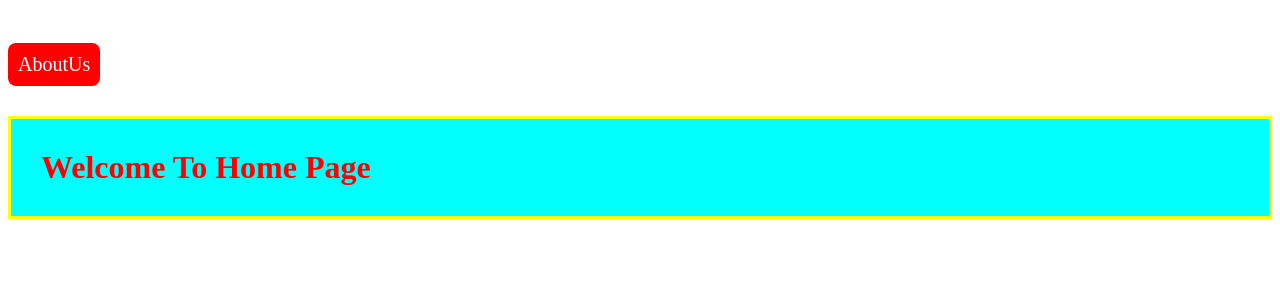
Repository: Raviteja6671/Django
Page: http://localhost/home/
The author's editor kept a copy of each file at every save. The page is drawn from the files as they stood at one save, then again after a run of saves.
The browser window is 1280 px wide. The pictures show the whole page.
The page is served by the project's application, run on Django 5.2 (myProject/manage.py). Other server files are loaded and not shown.

Above is the page before, as saved 2025-12-07 20:08:53.

### myProject/basic/templates/home.html
<!DOCTYPE html>
<html lang="en">
<head>
    <meta charset="UTF-8">
    <meta name="viewport" content="width=device-width, initial-scale=1.0">
    <title>Document</title>
    <style>
        h1{
            background-color: aqua;
            color: red;
            border: 3px solid yellow;
            /* display: inline-block; */
            margin-top: 35px;
            padding: 30px;
        }
        a{
            text-decoration: none;
            background-color: red;
            color: white;
            padding: 10px;
            font-size: 20px;
            display: inline-block;
            margin-top: 30px;
            border-radius: 8px;
            position: relative;
            top: 5px;
        }
    </style>

    <!-- createsuperuser:-
    username = Raviteja_Kodem
    Email = raviteja62@gmail.com
    password = R@vitej@62 -->

</head>
<body>
    <a href="./aboutus.html">AboutUs</a>
    <h1>Welcome To Home Page</h1>
</body>
</html>

### myProject/basic/middleware.py
from django.http import JsonResponse
import re
import json
import jwt
from django.conf import settings

class BasicMiddleware:
    def __init__(self,get_response):
        self.get_response = get_response

    def __call__(self,request):
        print(request,"hello")
        if(request.path=="/student/"):
            print(request.method,"method")
            print(request.path)
        response=self.get_response(request)
        return response

# class signupMiddleware:
#     def __init__(self,get_response):
#         self.get_response = get_response
#     def __call__(self, request):
#         data = json.loads(request.body)
#         username=data.get('username')
#         email=data.get("email")
#         dob=data.get("dob")
#         password=data.get("pswd")


class basicMiddleware:
    def __init__(self, get_response):
        self.get_response = get_response
        # Define the list of specific URLs to monitor
        self.target_urls = [
            "/add_stu/",
            "/students/",
            "/student/",
            "/health/",
        ]

    def __call__(self, request):
        path = request.path
        print(f"Incoming request → {path}")

        if path in self.target_urls or path.startswith("/student/"):
            print("Middleware is Active for this URL")
            print(f"Method Used → {request.method}")
            print(f"Full Path → {path}")

            # Exp1 Block POST requests for testing
            if path == "/add_stu/" and request.method == "POST":
                print("⚠️ POST request detected on /add_stu/")

            # Exp2 Print user-agent header
            user_agent = request.META.get("HTTP_USER_AGENT", "Unknown")
            print(f"User-Agent: {user_agent}")

        response = self.get_response(request)

        #Exp3 Post-response actions
        if path.startswith("/students/"):
            print("Response successfully returned for student_related URL")

        return response


# 17/11/2025 class task

class SscMiddleware:
    def __init__(self, get_response):
        self.get_response = get_response
    def __call__(self, request):
        if request.path in ["/job1/", "/job2/"]:
            ssc_result = request.GET.get("ssc", "False")
            if ssc_result != "True":
                return JsonResponse({"error": "you should qualify atleast SSC for applying this job"},status=400)
        return self.get_response(request)


class MedicalMiddleware:
    def __init__(self, get_response):
        self.get_response = get_response
    def __call__(self, request):
        if request.path == "/job1/":
            medical_fit_result = request.GET.get("medically_fit", "False")
            if medical_fit_result != "True":
                return JsonResponse(
                    {"error": "your not Medically fit to apply for this job role"},
                    status=400)
        return self.get_response(request)


class AgeMiddleware:
    def __init__(self, get_response):
        self.get_response = get_response
    def __call__(self, request):
        if request.path in ["/job1/", "/job2/"]:
            age = int(request.GET.get("age", 17))
            if age < 18 or age > 25:
                return JsonResponse(
                    {"error": "age must be in between 18 too 25"},
                    status=400)
        return self.get_response(request)





#18/11/2025 class task


class UsernameMiddleware:
    def __init__(self, get_response):
        self.get_response = get_response

    def __call__(self, request):
        if request.path == "/signup/" and request.method == "POST":
            # Read JSON only once
            if not hasattr(request, "json_data"):
                try:
                    request.json_data = json.loads(request.body)
                except:
                    return JsonResponse({"error": "Invalid JSON"}, status=400)
            data = request.json_data
            username = data.get("username", "")
            if not username:
                return JsonResponse({"error": "Username is Required"}, status=400)
            if len(username) < 3 or len(username) > 20:
                return JsonResponse({"error": "Username must be 3 to 20 characters"}, status=400)
            if username[0] in "._" or username[-1] in "._":
                return JsonResponse({"error": "Username cannot start or end with . or _"}, status=400)
            if not re.match(r"^[a-zA-Z0-9._]+$", username):
                return JsonResponse({"error": "Username can contain letters, numbers, . and _ only"}, status=400)
            if ".." in username or "__" in username:
                return JsonResponse({"error": "Username cannot have double dots or double underscores"}, status=400)
        return self.get_response(request)


class EmailMiddleware:
    def __init__(self, get_response):
        self.get_response = get_response

    def __call__(self, request):
        if request.path == "/signup/" and request.method == "POST":
            if not hasattr(request, "json_data"):
                try:
                    request.json_data = json.loads(request.body)
                except:
                    return JsonResponse({"error": "Invalid JSON"}, status=400)
            data = request.json_data
            email = data.get("email", "")
            email_regex = r"^[a-zA-Z0-9._%+-]+@[a-zA-Z0-9.-]+\.[a-zA-Z]{2,}$"
            if not email:
                return JsonResponse({"error": "Email is required"}, status=400)
            if not re.match(email_regex, email):
                return JsonResponse({"error": "Invalid Email format"}, status=400)
        return self.get_response(request)


class PasswordMiddleware:
    def __init__(self, get_response):
        self.get_response = get_response

    def __call__(self, request):
        if request.path == "/signup/" and request.method == "POST":
            if not hasattr(request, "json_data"):
                try:
                    request.json_data = json.loads(request.body)
                except:
                    return JsonResponse({"error": "Invalid JSON"}, status=400)
            data = request.json_data
            password = data.get("password", "")
            password_regex = r"^(?=.*[a-z])(?=.*[A-Z])(?=.*\d)(?=.*[@$!%*#?&._])[A-Za-z\d@$!%*#?&._]{8,}$"
            if not password:
                return JsonResponse({"error": "Password is required"}, status=400)
            if not re.match(password_regex, password):
                return JsonResponse({
                    "error": "Password must contain 8+ characters, uppercase, lowercase, digit, special char"
                }, status=400)
        return self.get_response(request)


class authenticate_middleware():
    def __init__(self,get_response):
        self.get_response  = get_response
    def __call__(self, request):
        if request.path=="/getallusers/":
            token=request.headers.get("Authorization")
            print(token,"token") # prints the bearer <token>
            if not token:
                return JsonResponse({"error":"Authorization token Missing"},status=400)
            token_value=token.split(" ")[1]
            print(token_value,"token_value") # prints ['bearer','<token>']
            try:
                decode_data = jwt.decode(token_value, settings.SECRET_KEY, algorithms=["HS256"])
                print(decode_data,"decoded_data")
                request.token_data = decode_data
            except jwt.ExpiredSignatureError:
                return JsonResponse({"Error":"Token has expired, Please login again"},status=401)
            except jwt.exceptions.InvalidSignatureError:
                return JsonResponse({"error":"invalid token signature"},status=401)

        return self.get_response(request)

### myProject/basic/views.py
from django.shortcuts import render
import json
from django.http import HttpResponse
from django.http import JsonResponse
from django.db import connection
from django.views.decorators.csrf import csrf_exempt
from basic.models import student
from basic.models import Users
from django.conf import settings
import jwt
from datetime import datetime,timedelta
from zoneinfo import ZoneInfo
from django.contrib.auth.hashers import make_password,check_password

# Create your views here.

def sample(request):
    return HttpResponse('hello world')

def sample1(request):
    return HttpResponse('WelCome to Django')

def sampleInfo(request):
    data={"name":"raviteja","age":"22","city":"hyd"}
    # data=[4,6,8]
    return JsonResponse(data)

def dynamicResponse(request):
    name=request.GET.get("name"," Raviteja")
    city=request.GET.get("city","Hyderabad")
    return HttpResponse(f"Hello {name} From {city} !")

def add(request):
    a = int(request.GET.get('a', 8))
    b = int(request.GET.get('b', 9))
    return HttpResponse(f"Addition: {a + b}")

def sub(request):
    a = int(request.GET.get('a', 12))
    b = int(request.GET.get('b', 5))
    return HttpResponse(f"Subtraction: {a - b}")

def mul(request):
    a = int(request.GET.get('a', 18))
    b = int(request.GET.get('b', 4))
    return HttpResponse(f"Multiplication: {a * b}")

def div(request):
    a = int(request.GET.get('a', 8))
    b = int(request.GET.get('b', 6))  # Avoid division by zero default
    try:
        result = a / b
    except ZeroDivisionError:
        return HttpResponse("Error: Division by zero")
    return HttpResponse(f"Division: {result}")

# Health check endpoint
def health(request):
    try:
        with connection.cursor() as c:
            c.execute("SELECT 1")
        return JsonResponse({"status": "ok", "db": "connected"})
    except Exception as e:
        return JsonResponse({"status": "error", "db": str(e)})



# POST - Create new student
@csrf_exempt
def add_student(request):
    print(request.method)
    if request.method == "POST":
        data = json.loads(request.body)
        email = data.get("email")
        # Check if email already exists
        if student.objects.filter(email=email).exists():
            return JsonResponse({"error": "Email already exists"}, status=400)
        # Create new student
        stu = student.objects.create(
            name=data.get("name"),
            age=data.get("age"),
            email=email
        )
        return JsonResponse({"status": "success", "id": stu.id}, status=201)

# GET - Retrieve all students
    elif request.method == "GET":
        result = list(student.objects.values())
        return JsonResponse({"status": "success", "data": result}, status=200)

# DELETE - Delete student by ID
    elif request.method == "DELETE":
        data = json.loads(request.body)
        ref_id = data.get("id")
        try:
            deleting_data = student.objects.filter(id=ref_id).values().first()
            if not deleting_data:
                return JsonResponse({"error": "Student not found"}, status=404)
            student.objects.get(id=ref_id).delete()
            return JsonResponse({
                "status": "deleted",
                "deleted_data": deleting_data
            }, status=200)
        except student.DoesNotExist:
            return JsonResponse({"error": "Student not found"}, status=404)

# PUT - Full update (update all fields)
    elif request.method == "PUT":
        data = json.loads(request.body)
        ref_id = data.get("id")
        try:
            stu = student.objects.get(id=ref_id)
        except student.DoesNotExist:
            return JsonResponse({'error': "Student not found"}, status=404)
        # Check if new email already exists
        new_email = data.get("email")
        if student.objects.filter(email=new_email).exclude(id=ref_id).exists():
            return JsonResponse({"error": "Email already exists"}, status=400)
        stu.name = data.get("name", stu.name)
        stu.age = data.get("age", stu.age)
        stu.email = data.get("email", stu.email)
        stu.save()
        updated_data = student.objects.filter(id=ref_id).values().first()
        return JsonResponse({"status": "full update success", "updated_data": updated_data}, status=200)

# PATCH - Partial update (only update specific fields)
    elif request.method == "PATCH":
        data = json.loads(request.body)
        ref_id = data.get("id")
        try:
            stu = student.objects.get(id=ref_id)
        except student.DoesNotExist:
            return JsonResponse({'error': "Student not found"}, status=404)
        # Update only fields provided in the request
        if "name" in data:
            stu.name = data["name"]
        if "age" in data:
            stu.age = data["age"]
        if "email" in data:
            new_email = data["email"]
            # Check if email already exists
            if student.objects.filter(email=new_email).exclude(id=ref_id).exists():
                return JsonResponse({"error": "Email already exists"}, status=400)
            stu.email = new_email
        stu.save()
        updated_data = student.objects.filter(id=ref_id).values().first()
        return JsonResponse({"status": "partial update success", "updated_data": updated_data}, status=200)

    return JsonResponse({'error': "Unsupported method"}, status=405)



# 11/11/2025 task operations

def get_all_students(request):
    students = student.objects.all()
    data = list(students.values())
    return JsonResponse(data, safe=False)

def get_student_by_id(request, id):
    try:
        s = student.objects.get(id=id)
        data = {'id': s.id, 'name': s.name, 'age': s.age, 'email': s.email}
        return JsonResponse(data)
    except student.DoesNotExist:
        return JsonResponse({'error': 'Student not found'}, status=404)

def filter_students_age_gte_20(request):
    students = student.objects.filter(age__gte=20)
    data = list(students.values())
    return JsonResponse(data, safe=False)

def filter_students_age_lte_25(request):
    students = student.objects.filter(age__lte=25)
    data = list(students.values())
    return JsonResponse(data, safe=False)

def get_unique_ages(request):
    ages = student.objects.values_list('age', flat=True).distinct()
    return JsonResponse(list(ages), safe=False)

def count_total_students(request):
    total = student.objects.count()
    return JsonResponse({'total_students': total})


def job1(request):
    return JsonResponse({"message":"You have successfully applied for job1"},status=200)

def job2(request):
    return JsonResponse({"Message":"you have successfully applied for job2"},status=200)



# 18/11/2025 class

@csrf_exempt               #POST OPERATION
def signUp(request):
    if request.method == "POST":
        data = request.json_data   # <-- use this

        username = data.get("username")
        email = data.get("email")
        password =make_password(data.get("password"))

        if not username or not email or not password:
            return JsonResponse({"Message": "All fields are required"}, status=400)

        user = Users.objects.create(
            username=username,
            email=email,
            password=password
        )

        return JsonResponse({"Message": "User Registered", "id": user.id}, status=200)

    return JsonResponse({"Message": "Invalid Request Method"}, status=405)


@csrf_exempt                              # GET OPERATION
def getUsers(request):
    if request.method == "GET":
        users = Users.objects.all()

        data = []
        for user in users:
            data.append({
                "id": user.id,
                "username": user.username,
                "email": user.email,
                "password": user.password   # If you want to hide password, tell me
            })

        return JsonResponse({"users": data}, status=200)

    return JsonResponse({"Message": "Invalid Request Method"}, status=405)



@csrf_exempt                            # DELETE OPERATION
def deleteUser(request, id):
    if request.method == "DELETE":
        try:
            user = Users.objects.get(id=id)
            user.delete()
            return JsonResponse({"Message": "User Deleted Successfully", "id": id}, status=200)
        except Users.DoesNotExist:
            return JsonResponse({"Message": "User Not Found"}, status=404)

    return JsonResponse({"Message": "Invalid Request Method"}, status=405)


# @csrf_exempt
# def login(request):
#     if request.method=="POST":
#         data=request.POST
#         print(data)
#         username=data.get('username')
#         password=data.get("password")
#         try:
#             user=Users.objects.get(username=username)
#             if check_password(password,user.password):
#                 token="a json web token"

#                 return JsonResponse({"status":"successfully Loggedin","token":token},status=200)
#             else:
#                 return JsonResponse({"status":"failure","message":"invalid password"},status=400)
#         except Users.DoesNotExist:
#             return JsonResponse({"status":"failure","message":"user not found"},status=400)

@csrf_exempt
def login(request):
    if request.method == "POST":
        data = request.POST
        username = data.get("username")
        password = data.get("password")

        try:
            user = Users.objects.get(username=username)
            issued_time=datetime.now(ZoneInfo("Asia/Kolkata"))
            expired_time=issued_time+timedelta(minutes=50)
            if password == user.password:
                # token="a json web token"
                payload = {
                    "username": user.username,
                    "email": user.email,
                    "id": user.id,
                    "exp":expired_time
                }
                #creating jwt token
                token = jwt.encode(payload, settings.SECRET_KEY, algorithm="HS256")
                return JsonResponse({"status": "successfully Loggedin", "token": token,"issued_at":issued_time,"Token_expired_at":expired_time,"Token_expires_in-Minitues_is":int((expired_time-issued_time).total_seconds()/60)}, status=200)
            else:
                return JsonResponse({"status": "failure", "message": "invalid password"}, status=400)
        except Users.DoesNotExist:
            return JsonResponse({"status": "failure", "message": "user not found"}, status=400)



@csrf_exempt
def check(request):
    hashed="pbkdf2_sha256$1000000$oWRnje0wvfd1GDEWVxl1cH$ISOcbGnboV91VHZ9hLKmh+kOIwxLHACntmEfaRKMd+4="
    ipdata=request.POST
    print(ipdata)
    #hashed=make_password(ipdata.get('ip'))
    x=check_password(ipdata.get("ip"),hashed)
    print(x)
    return JsonResponse({"status":"success","data":x},status=200)


@csrf_exempt
def getAllUsers(request):
    if request.method == "GET":
        users = list(Users.objects.values())
        print(request.token_data, "token_data in view")
        print(request.token_data.get("username"), "username from token")
        print(users, "users list")
        token_username = request.token_data.get("username")
        usernames = [u["username"] for u in users]
        if token_username not in usernames:
            return JsonResponse({"error": "unauthorized access"}, status=401)
        return JsonResponse({"status": "success", "data": users}, status=200)

    return JsonResponse({"status": "failed", "message": "Only GET method allowed"}, status=400)


def home(request):
    return render(request,'home.html')

def aboutus(request):
    return render(request,'aboutus.html')

### myProject/myProject/urls.py
"""
URL configuration for myProject project.

The `urlpatterns` list routes URLs to views. For more information please see:
    https://docs.djangoproject.com/en/5.1/topics/http/urls/
Examples:
Function views
    1. Add an import:  from my_app import views
    2. Add a URL to urlpatterns:  path('', views.home, name='home')
Class-based views
    1. Add an import:  from other_app.views import Home
    2. Add a URL to urlpatterns:  path('', Home.as_view(), name='home')
Including another URLconf
    1. Import the include() function: from django.urls import include, path
    2. Add a URL to urlpatterns:  path('blog/', include('blog.urls'))
"""
from django.contrib import admin
from django.urls import path
from basic.views import sample
from basic.views import sample1
from basic.views import sampleInfo
from basic.views import dynamicResponse
from basic.views import add, sub, mul, div, health, add_student, check, login, getAllUsers, home, aboutus
from basic.views import get_all_students, get_student_by_id, filter_students_age_gte_20,  filter_students_age_lte_25, get_unique_ages, count_total_students
from basic.views import job1,job2,signUp
from basic import views

urlpatterns = [
    path('admin/', admin.site.urls),
    path('greet/',sample),
    path('53r54r/',sample1),
    path('info/',sampleInfo),
    path('name/',dynamicResponse),
    path('add/', add),
    path('sub/', sub),
    path('mul/', mul),
    path('div/', div),
    path('health/',health),
    path('add_stu/',add_student),
    path('job1/',job1),
    path('job2/',job2),
    path('check/',check),
    path('login/',login),
    path('getallusers/',getAllUsers),
    path("signup/", views.signUp),
    path("get-users/", views.getUsers),
    path("delete-user/<int:id>/", views.deleteUser),
    path('home/',home),
    path('aboutus/',aboutus),


    path('students/', get_all_students, name='get_all_students'),
    path('student/<int:id>/', get_student_by_id, name='get_student_by_id'),
    path('students/age_gte_20/', filter_students_age_gte_20, name='filter_students_age_gte_20'),
    path('students/age_lte_25/', filter_students_age_lte_25, name='filter_students_age_lte_25'),
    path('students/unique_ages/', get_unique_ages, name='get_unique_ages'),
    path('students/count/', count_total_students, name='count_total_students'),
]

After the next 2 saves:
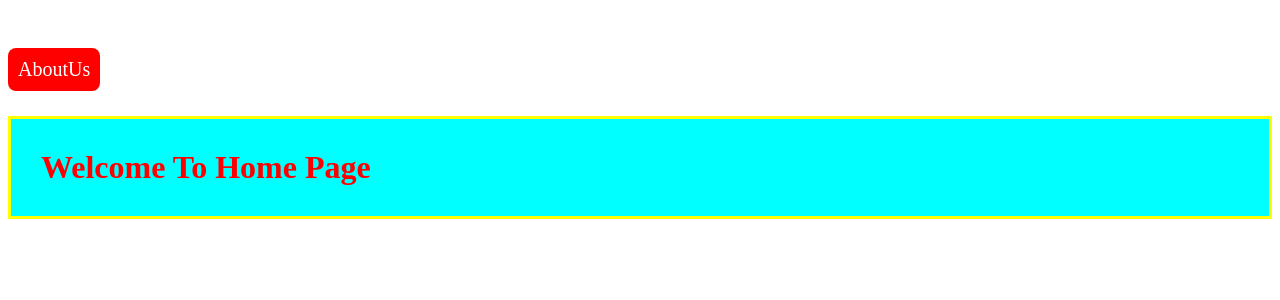
The 2 saves are shown as one change because they came seconds apart.
The last was saved 11 s later.
--- a/myProject/basic/templates/home.html
+++ b/myProject/basic/templates/home.html
@@ -23,7 +23,7 @@
             margin-top: 30px;
             border-radius: 8px;
             position: relative;
-            top: 5px;
+            top: 10px;
         }
     </style>
 
